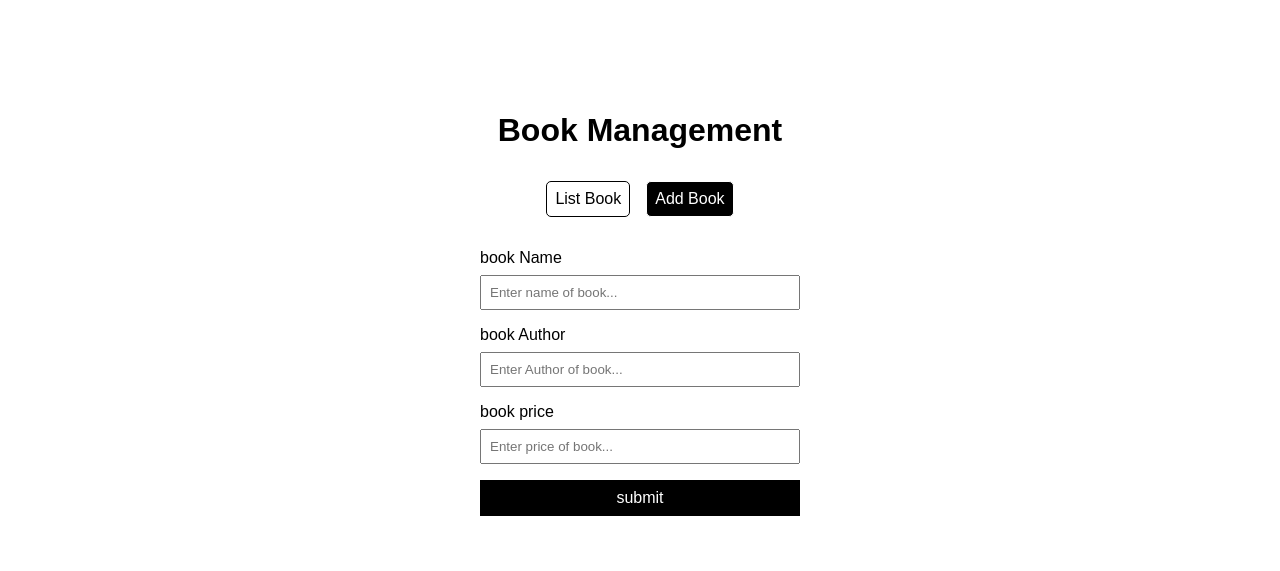
Repository: wakoya-tech/e-library-app1
Page: /add
An editor plug-in stored every save of this project. The page is shown before and after the next save, followed by the edit.
The browser window is 1280 px wide. The pictures show the whole page.
The project was rebuilt for these pictures with package versions that can differ from the ones it lists, and the page was loaded fresh each time. Also part of the build but not shown: vite.config.js, src/components/ListBook.jsx.

Above is the page before, as saved 2025-10-11 23:21:15.

After the next save:
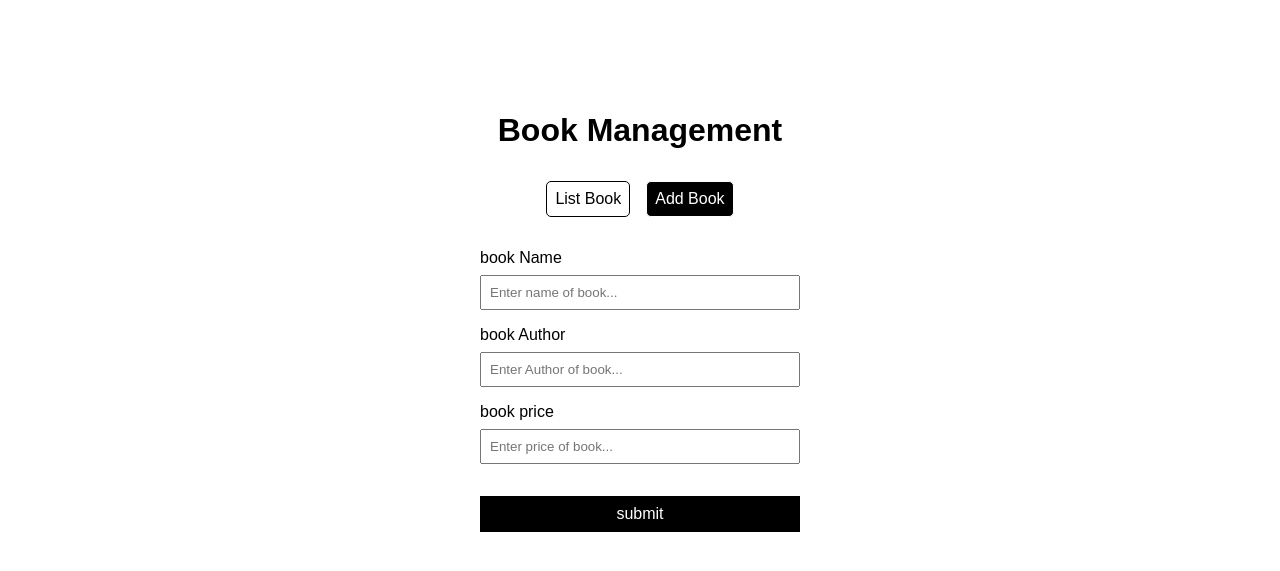
Saved 39 s later.
--- a/src/App.css
+++ b/src/App.css
@@ -53,4 +53,6 @@ color: white;
 width: 100%;
 padding: 0.5rem 1rem;
 font-size: 1rem;
+cursor: pointer;
+margin-top: 1rem;
 }
